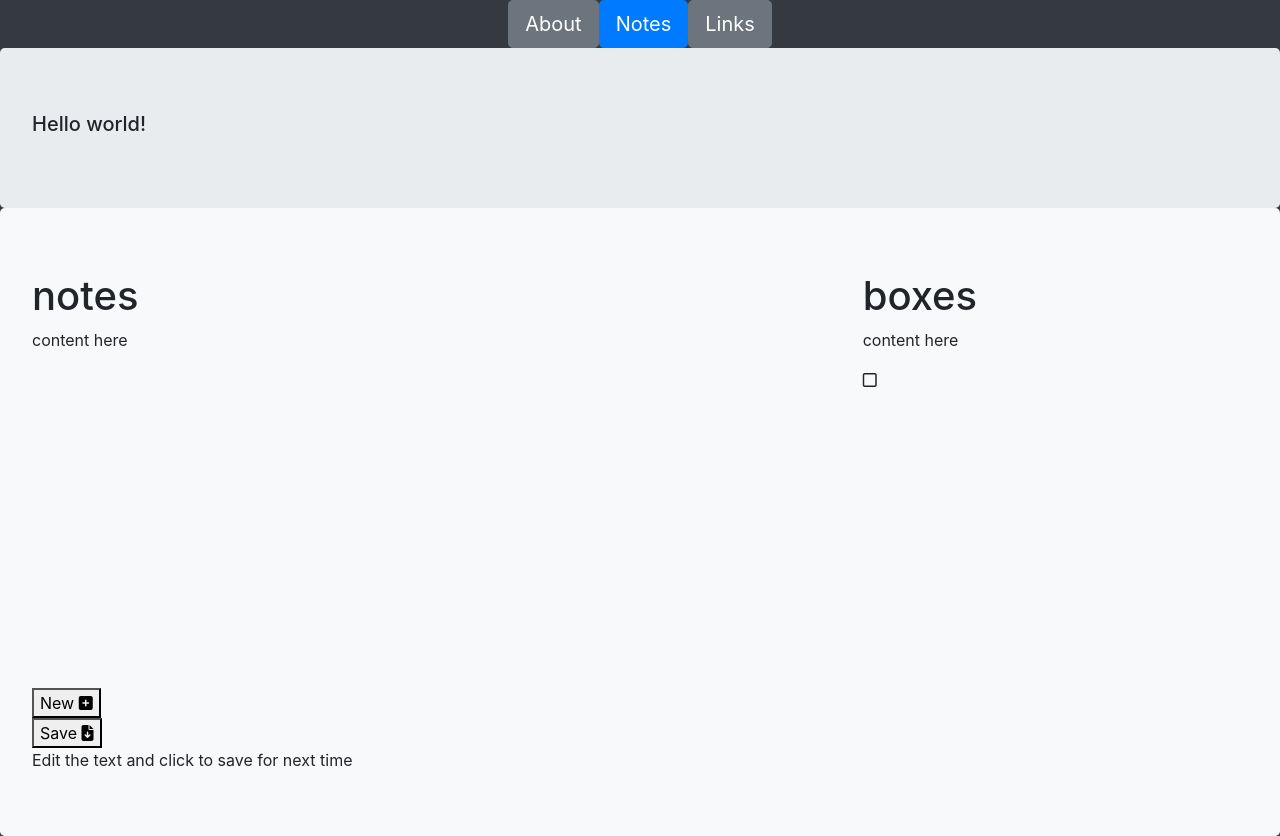
Repository: Kamicoda/Noteblock
Page: index.html
The author's editor kept a record of every edit. The page is drawn from the files as they stood at one moment, then again after the next edit.
The browser window is 1280 px wide. The pictures show the whole page.
Some web libraries are served in a nearby version.

Above is the page before.
Console error: ReferenceError: checkEdits is not defined

After the next edit:
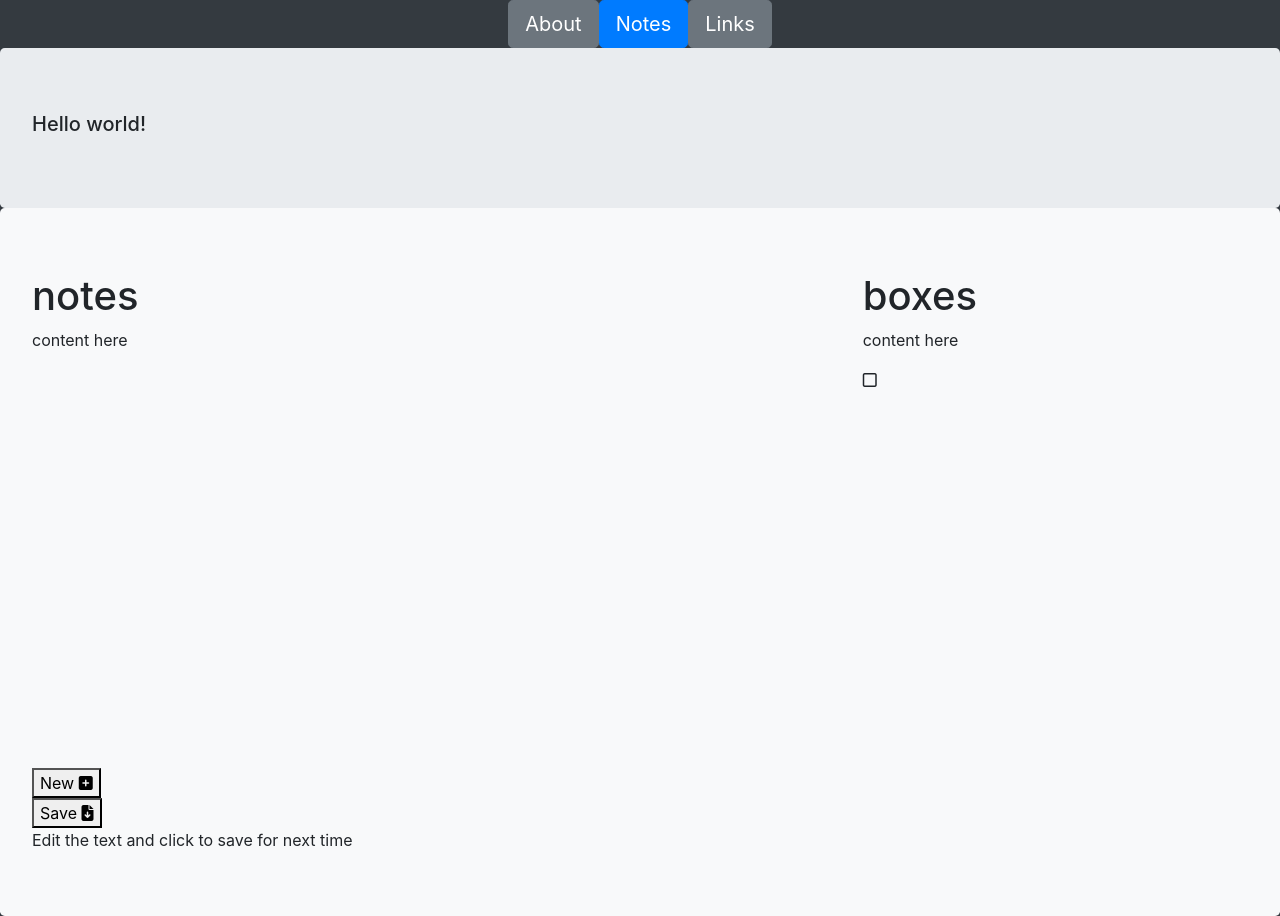
The edit:
--- a/index.html
+++ b/index.html
@@ -83,6 +83,10 @@
 
                             <p id="edit6" contenteditable="true" class="editableP"></p>
 
+                            <p id="edit7" contenteditable="true" class="editableP"></p>
+
+                            <p id="edit" contenteditable="true" class="editableP"></p>
+
                             <p id="edit" contenteditable="true" class="editableP"></p>
 
                             <div>
